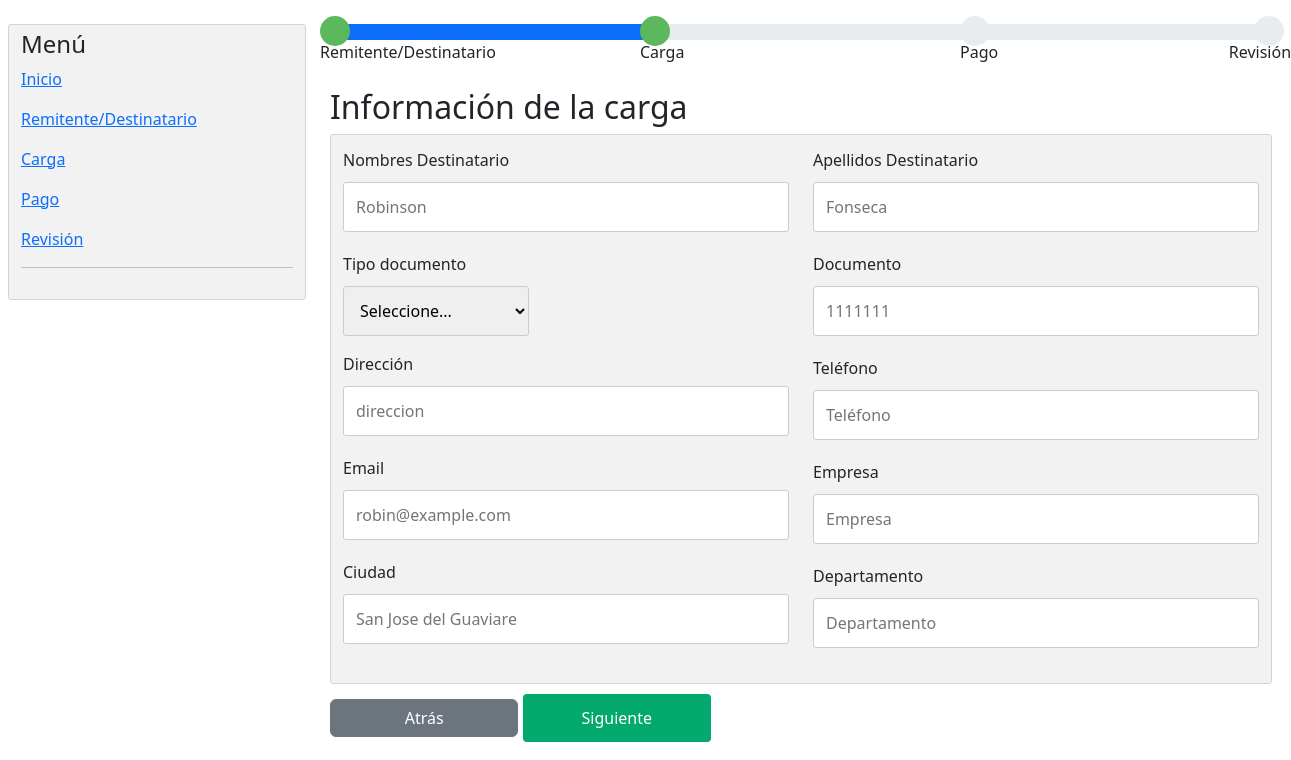
Repository: SennovaFluvial/Trasnfluvial
Page: appFluvial/templates/card1carga.html
An editor plug-in stored every save of this project. The page is shown before and after the next save, followed by the edit.
The browser window is 1280 px wide. The page is 1291 px wide, so the pictures cover 1291 px, including what lies to the right of the window. The pictures show the whole page.
The template is drawn by Django 3.2. The application's start-up code is not run. The template is opened directly, without the code that normally fills it, so the values that code supplies are empty.

Above is the page before, as saved 2023-10-19 08:32:27.

After the next save:
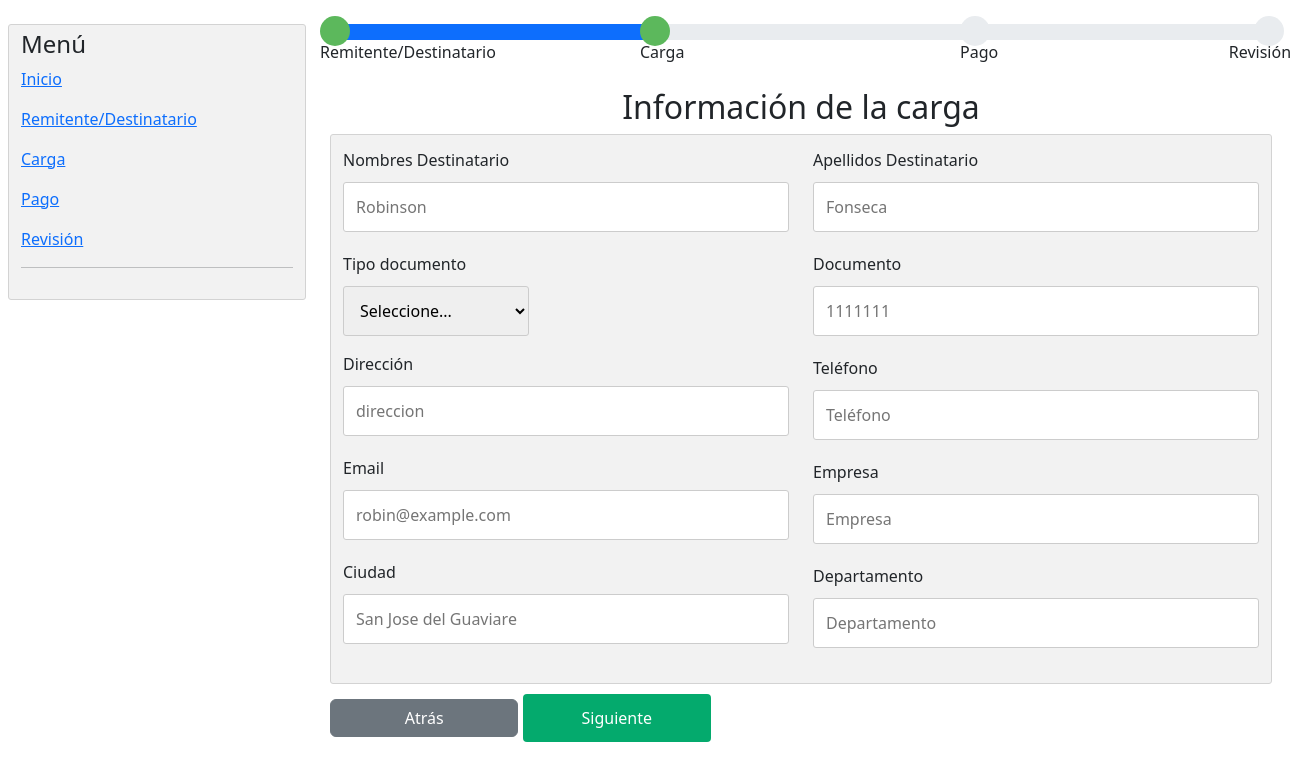
Saved 101 min 32 s later.
--- a/appFluvial/templates/card1carga.html
+++ b/appFluvial/templates/card1carga.html
@@ -204,7 +204,7 @@ span.price {
     </div>
     <br>
     <!-- -*****************************************END**********************************************-->
-    <div class="center">
+    <div class="text-center">
     <h2>Información de la carga</h2>
     </div>
     <div class="container">
